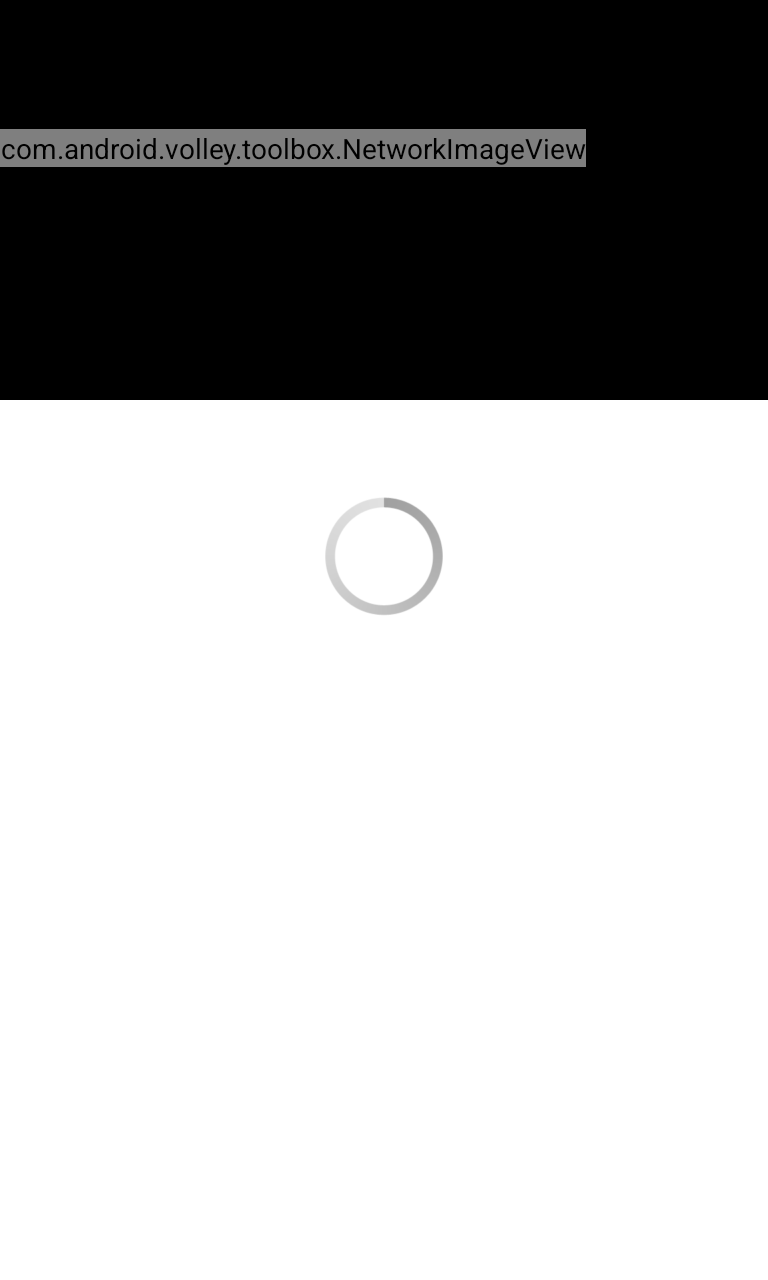
Repository: drice0331/CityMapsAndroidChallenge
Layout: CitymapsUserPhotoDisplay/res/layout/activity_photo_display.xml
The author's editor kept a copy of each file at every save. The layout is drawn from the files as they stood at one save, then again after the next save.
Pictures or frames that could not be fetched are drawn as grey boxes. It is drawn on a 768 x 1280 px phone screen (xhdpi) without system bars, with theme AppTheme; the app's code is not run.

Above is the layout before, as saved 2015-02-18 22:09:50.

### CitymapsUserPhotoDisplay/res/layout/activity_photo_display.xml
<?xml version="1.0" encoding="utf-8"?>
<LinearLayout xmlns:android="http://schemas.android.com/apk/res/android"
    android:layout_width="match_parent"
    android:layout_height="match_parent"
    android:orientation="vertical" >

    <RelativeLayout
        android:id="@+id/header"
        android:layout_width="fill_parent"
        android:layout_height="200dp"
        android:background="@color/black" >

        <TextView
            android:id="@+id/username"
            android:layout_width="wrap_content"
            android:layout_height="wrap_content"
            android:layout_centerInParent="true"
            android:text=""
            android:textColor="@android:color/white"
            android:textSize="24sp" />

        <com.android.volley.toolbox.NetworkImageView
            android:id="@+id/avatar"
            android:layout_width="wrap_content"
            android:layout_height="wrap_content"
            android:layout_above="@id/username"/>
    </RelativeLayout>

    <!-- We have to indicate that the listview is now a PullAndLoadListView -->

    <FrameLayout
        android:id="@+id/bodyview"
        android:layout_width="match_parent"
        android:layout_height="match_parent" >

        <ProgressBar
            android:id="@+id/progressSpinner"
            style="@style/SpinningLoader" />

        <com.citymaps.userphotodisplay.view.LoadMoreListView
            android:id="@+id/listview"
            android:layout_width="match_parent"
            android:layout_height="match_parent"
            android:visibility="gone" />
    </FrameLayout>

</LinearLayout>

### CitymapsUserPhotoDisplay/res/values/styles.xml
<?xml version="1.0" encoding="utf-8"?>
<resources>
        <!--
        Base application theme, dependent on API level. This theme is replaced
        by AppBaseTheme from res/values-vXX/styles.xml on newer devices.
    -->
    <style name="AppBaseTheme" parent="android:Theme.Light">
        <!--
            Theme customizations available in newer API levels can go in
            res/values-vXX/styles.xml, while customizations related to
            backward-compatibility can go here.
        -->
    </style>

    <!-- Application theme. -->
    <style name="AppTheme" parent="AppBaseTheme">
        <!-- All customizations that are NOT specific to a particular API-level can go here. -->
    </style>

        <style name="SpinningLoader" parent="@android:style/Widget.Holo.Light.ProgressBar.Large">
        <item name="android:layout_width">match_parent</item>
        <item name="android:layout_height">wrap_content</item>
        <item name="android:layout_marginTop">40dp</item>
        <item name="android:gravity">center</item>
    </style>
</resources>

### CitymapsUserPhotoDisplay/res/values/colors.xml
<resources>
	<color name="dark_slate_gray">#2F4F4F</color>
	<color name="gray_2">#AFAFAF</color>
	<color name="gray_1">#C0C0C0</color>
	<color name="black">#000000</color>
	<color name="transgray">#00C0C0C0</color>
</resources>

After the next save:
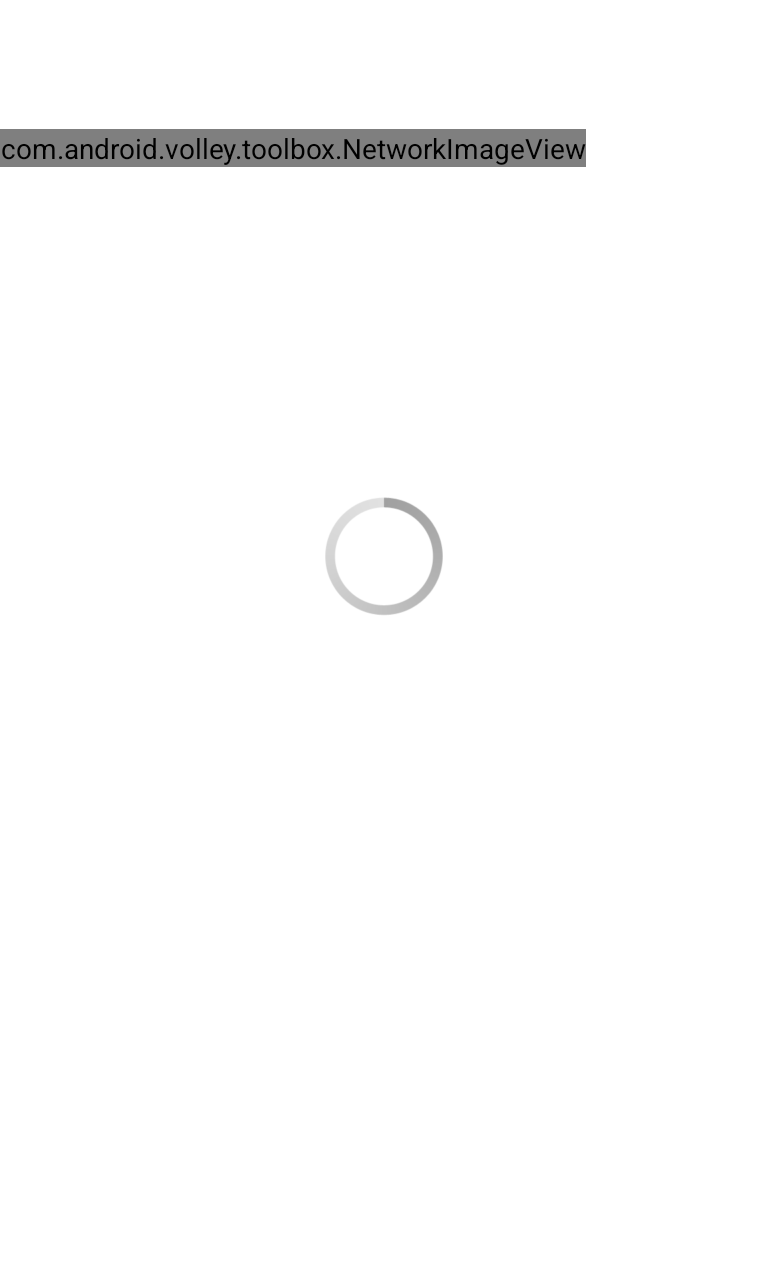
Saved 44 s later.
--- a/CitymapsUserPhotoDisplay/res/layout/activity_photo_display.xml
+++ b/CitymapsUserPhotoDisplay/res/layout/activity_photo_display.xml
@@ -7,8 +7,7 @@
     <RelativeLayout
         android:id="@+id/header"
         android:layout_width="fill_parent"
-        android:layout_height="200dp"
-        android:background="@color/black" >
+        android:layout_height="200dp">
 
         <TextView
             android:id="@+id/username"
